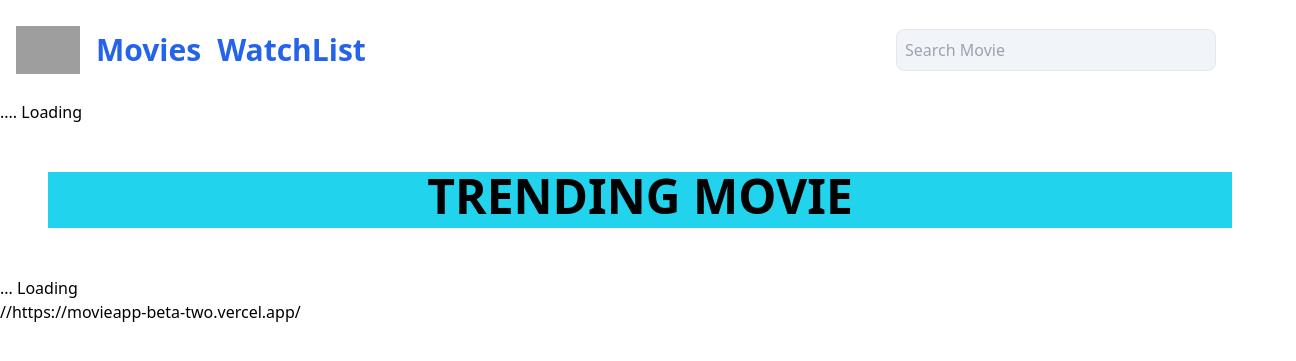
Repository: swapnil0663/MovieApp
Page: /
An editor plug-in stored every save of this project. The page is shown before and after a run of saves, followed by the edit.
The browser window is 1280 px wide. The page is 1296 px wide, so the pictures cover 1296 px, including what lies to the right of the window. The pictures show the whole page.
Pictures or frames that could not be fetched are drawn as grey boxes. The page's requests for data from a server got no answer. Some web fonts or font styles are not loaded; a fallback is used. The project was rebuilt for these pictures with package versions that can differ from the ones it lists, and the page was loaded fresh each time. No one was signed in, and anything a server would have sent is missing. Also part of the build but not shown: vite.config.js, src/Components/Paging.jsx, src/Components/MovieCard.jsx, src/Components/WatchList.jsx.

Above is the page before, as saved 2025-01-03 23:46:33.

### index.html
<!doctype html>
<html lang="en">
  <head>

    <meta charset="UTF-8" />
    <link rel="stylesheet" href="https://cdnjs.cloudflare.com/ajax/libs/font-awesome/6.7.0/css/all.min.css" integrity="sha512-9xKTRVabjVeZmc+GUW8GgSmcREDunMM+Dt/GrzchfN8tkwHizc5RP4Ok/MXFFy5rIjJjzhndFScTceq5e6GvVQ==" crossorigin="anonymous" referrerpolicy="no-referrer" />
    <link rel="icon" type="image/svg+xml" href="/vite.svg" />
    <meta name="viewport" content="width=device-width, initial-scale=1.0" />
    <title>Movies</title>
    <link rel="stylesheet" href="https://rsms.me/inter/inter.css">

  </head>
  <body>
    <div id="root"></div>
    <script type="module" src="/src/main.jsx"></script>
  </body>
</html>


//https://movieapp-beta-two.vercel.app/

### src/main.jsx
import { StrictMode } from "react";
import { createRoot } from "react-dom/client";
import { Provider } from "react-redux";
import "./index.css";
import App from "./App.jsx";
import store from "./redux/store";

createRoot(document.getElementById("root")).render(
  <StrictMode>
    <Provider store={store}>
      <App />
    </Provider>
  </StrictMode>
);

### src/index.css
@tailwind base;
@tailwind components;
@tailwind utilities;

/*
* {
    margin: 0;
    padding: 0;
    box-sizing: border-box;
}  */

### src/App.jsx
import { BrowserRouter, Routes, Route } from "react-router-dom";
import { useState, useEffect } from "react";
import "./App.css";
import Banner from "./Components/Banner";
import Movie from "./Components/Movie";
import Navbar from "./Components/Navbar";
import WatchList from "./Components/WatchList";
import TBan from "./Components/TBan";
import MovieContext from "./Context/MovieContext";

function App() {
  const [watchList, setWatchList] = useState(
    JSON.parse(localStorage.getItem("watchList")) || []
  );

  const addToWatchList = (movieToadd) => {
    const newWatchList = [...watchList, movieToadd];
    setWatchList(newWatchList);
  };

  const removeFromWatchList = (movieToRemove) => {
    const newWatchList = watchList.filter(
      (movieObj) => movieObj.id !== movieToRemove.id
    );
    setWatchList(newWatchList);
  };

  useEffect(() => {
    localStorage.setItem("watchList", JSON.stringify(watchList));
  }, [watchList]);

  return (
    <BrowserRouter>
      <Navbar />

      <MovieContext.Provider
        value={{ watchList, addToWatchList, removeFromWatchList, setWatchList }}
      >
        <Routes>
          <Route
            path="/"
            element={
              <>
                <Banner />
                <TBan />
                {/* <PagingContext.Provider
                  value={{ pageno, handleprev, handlenext }}
                > */}
                  <Movie
                  // watchList={watchList}
                  // addToWatchList={addToWatchList}
                  // removeFromWatchList={removeFromWatchList}
                  />
                {/* </PagingContext.Provider> */}
              </>
            }
          />
          <Route
            path="/watchList"
            element={
              <WatchList
              // movies = {watchList}
              // removeFromWatchList = {removeFromWatchList}
              // setWatchList={setWatchList}
              />
            }
          />
        </Routes>
      </MovieContext.Provider>
    </BrowserRouter>
  );
}

export default App;

// https://api.themoviedb.org/3/movie/popular?language=en-US&page=1
// API -> 14915bb7694a0701b51a3b7146b944e2

### src/redux/store.js
import { configureStore } from "@reduxjs/toolkit";
import PagingSlice from "./PagingSlice";
import movieSlice from "./Movies/movieSlice";

const store = configureStore({
    reducer: {
        pagingState : PagingSlice.reducer,
        movieState : movieSlice.reducer,
    }
})

export default store;

### src/Components/Banner.jsx
import axios from 'axios';
import { useEffect } from 'react';
import { useState } from 'react';
import { BASE_URL } from '../utils/BaseUrl';


export default function Banner(){
    const [trendingMovie,serTrendingMovie] = useState(null);

   useEffect (() => {
    axios.get('https://api.themoviedb.org/3/trending/movie/day?api_key=14915bb7694a0701b51a3b7146b944e2')
    .then(function(res){
        let randomMovies = res.data.results[Math.floor(Math.random()*20)];
        serTrendingMovie(randomMovies);
    })
   },[]);

    if(!trendingMovie) {
        return (<h1> .... Loading</h1>)
    }

    return (
        <div className="relative ">
            <img  className="h-[32rem] w-3/4 rounded-[2rem] flex items-self-center justify-self-center" alt="Image Not Found " src={BASE_URL + trendingMovie.backdrop_path} />
            <p className="bg-[#111827b3] w-full text-center absolute left-[50%] h-14 bottom-0 text-white text-5xl translate-x-[-50%]">{trendingMovie.title}</p>

        </div>
    )
}

### src/Components/Movie.jsx
import { BASE_URL } from "../utils/BaseUrl";
import { useEffect, useContext } from "react";
import axios from "axios";
import Paging from "./Paging";
import MovieCard from "./MovieCard";
import MovieContext from "../Context/MovieContext";
// import PagingContext from "../Context/PagingContext";
import { useSelector } from "react-redux";

export default function Movie() {
  const { watchList } = useContext(MovieContext);
  const {pageno} =useSelector((store) => store.pagingState);

  const {movies,isLoading,error} = useSelector((store) => store.movieState);


  useEffect(() => {
    // axios
    //   .get(
    //     `https://api.themoviedb.org/3/trending/movie/day?api_key=14915bb7694a0701b51a3b7146b944e2&page=${pageno}`
    //   )
    //   .then((res) => {
    //     setMovies(res.data.results);
    //   });
  }, [pageno]);

  if (isLoading) {
    return <h1 style={{display:"flex",alignItems:"center",}}> ... Loading </h1>;
  }
  if(error){
    return <h1>Error fetching data</h1>
  }

  return (
    <>
      <div className="flex flex-wrap justify-evenly">
        {movies.map((movie) => {
          return (
            <MovieCard
              key={movie.id}
              movie={movie}
              fav={watchList.some((movieObj) => movieObj.id === movie.id)}
              title={movie.title}
              poster={BASE_URL + movie.backdrop_path}
            />
          );
        })}
      </div>

      <Paging  />
    </>
  );
}

### src/Components/Navbar.jsx
import { useEffect, useState } from "react";
import { Link } from "react-router-dom";

export default function Navbar() {
  const [search, setSearch] = useState("");

  useEffect(() => {

  },[search])
  return (
    <div className="flex items-center m-4 w-screen justify-between">
      <div className="flex items-center">
        <img
          className="h-12"
          src="https://www.freeiconspng.com/thumbs/movie-icon/movie-icon-24.png"
        />
        <Link className="m-4 text-blue-600 text-3xl font-bold" to="/">
          {" "}
          Movies{" "}
        </Link>
        <Link className="text-blue-600 text-3xl font-bold" to="/watchList">
          {" "}
          WatchList
        </Link>
      </div>
      <input
      value={search}
        className=" w-[20rem] bg-slate-100 border p-2 mx-20 rounded-lg"
        type="text"
        placeholder="Search Movie"
        onChange={(e) => {
            setSearch(e.target.value);
        }}
      />
    </div>
  );
}

### src/Components/TBan.jsx
export default function TBan(){
    return (
        <h1 className='m-12 bg-cyan-400 h-14 left-[50%] text-center tanslate-x-[-50%] font-bold text-5xl'> TRENDING MOVIE </h1>
    )
}

### src/Context/MovieContext.js
import { createContext }   from 'react';

const MovieContext = createContext();

export default MovieContext;

### src/redux/PagingSlice.js
import { createSlice } from "@reduxjs/toolkit";

const PagingSlice = createSlice({
    name : "PagingSlice",
    initialState : {
        pageno : 1,
    },
    reducers : {
        handleprev : (State) => {
            if(State.pageno > 1){
                State.pageno -= 1;
            }
        },
        handlenext : (state) => {
            state.pageno += 1;
        }
    }
})

export default PagingSlice;

### src/redux/Movies/movieSlice.js
import { createSlice } from "@reduxjs/toolkit";

    const movieSlice = createSlice({
        name : 'movieSlice',
        initialState : {
            movies : [],
            isLoading : true,
            error : false
        },
        reducers : {
            setMovies : (state, descObj) => {
                state.movies = descObj.movies;
                state.isLoading = false;
                state.error = false;
            },
            setLoading : (state) => {
                state.isLoading = true;
                state.error = false;
                state.movies = [];
            },
            setError : (state) => {
                state.error = true;
                state.isLoading = false;
                state.movies = [];
            }
        }
    })

    export default movieSlice;

### src/utils/BaseUrl.jsx

export const BASE_URL = 'https://image.tmdb.org/t/p/w500/';

export const ALL_GENERE = "All Genere"

export const GENRES_TO_MAPPING = {
    28: "Action",
    12: "Adventure",
    16: "Animation",
    35: "Comedy",
    80: "Crime",
    99: "Documentary",
    18: "Drama",
    10751: "Family",
    14: "Fantasy",
    36: "History",
    27: "Horror",
    10402: "Music",
    9648: "Mystery",
    10749: "Romance",
    878: "Science Fiction",
    10770: "TV Movie",
    53: "Thriller",
    10752: "War",
    37: "Western"
};

Loaded but not shown: src/App.css (common file); tailwind.config.js (common file)

After the next 2 saves:
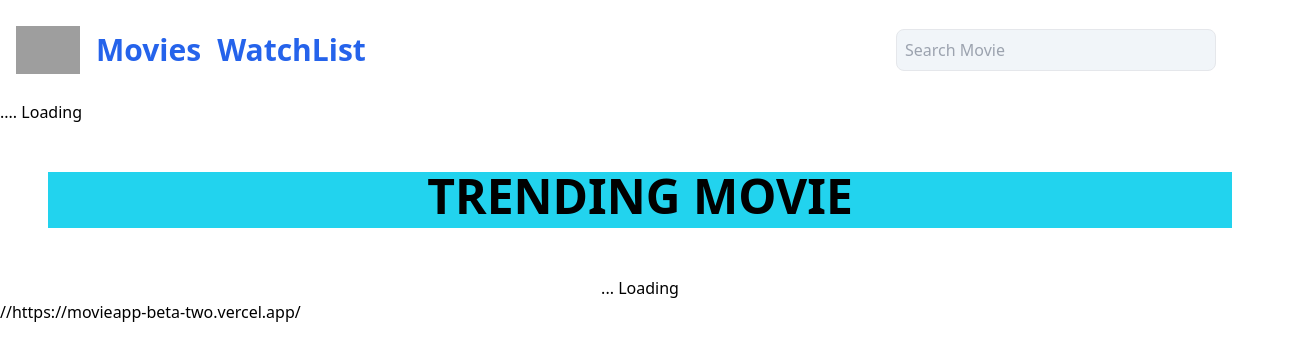
The 2 saves are shown as one change because they came seconds apart.
The last was saved 8 s later.
--- a/src/Components/Movie.jsx
+++ b/src/Components/Movie.jsx
@@ -25,7 +25,7 @@ export default function Movie() {
   }, [pageno]);
 
   if (isLoading) {
-    return <h1 style={{display:"flex",alignItems:"center",}}> ... Loading </h1>;
+    return <h1 style={{display:"flex",alignItems:"center",justifyContent:"center"}}> ... Loading </h1>;
   }
   if(error){
     return <h1>Error fetching data</h1>
